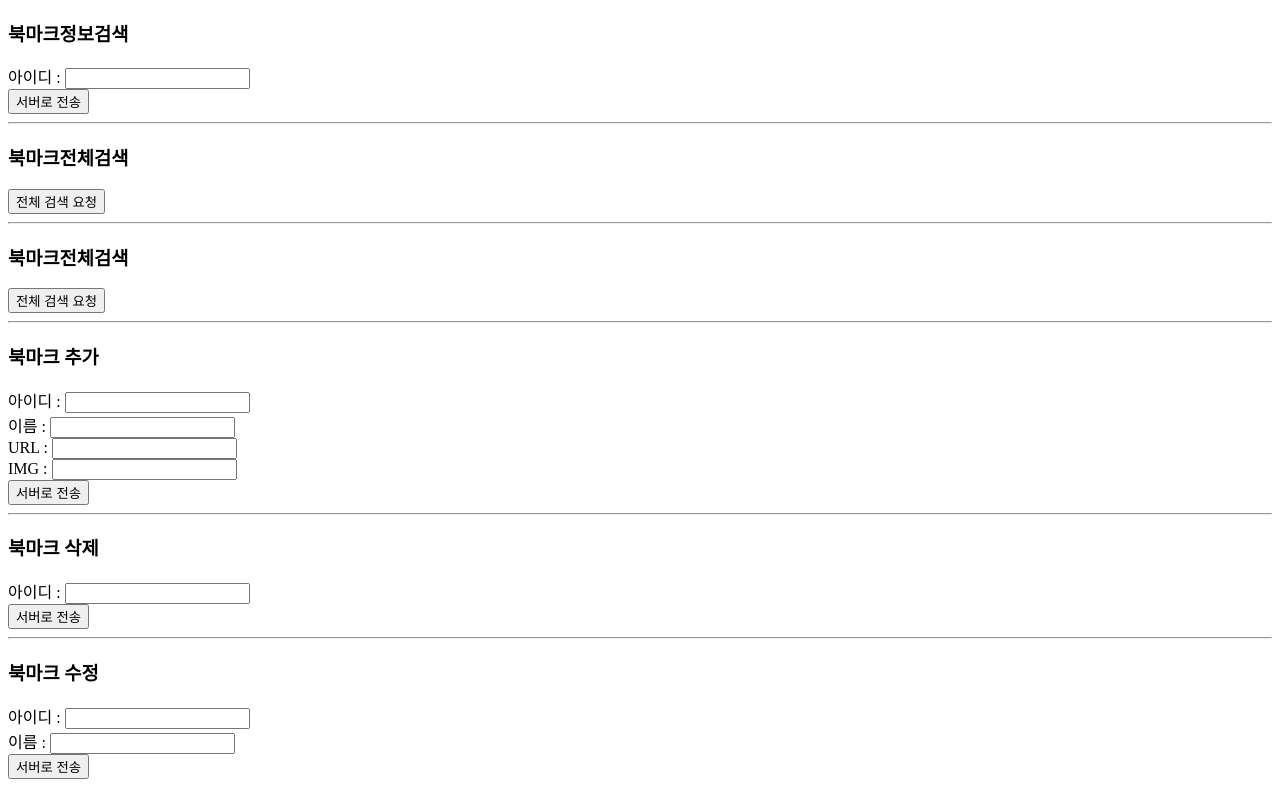
Repository: JayMon0327/Multicampus
Page: http://localhost/spring03/book.jsp
An editor plug-in stored every save of this project. The page is shown before and after the next save, followed by the edit.
The browser window is 1280 px wide. The pictures show the whole page.
The page is served by Tomcat 9. Nobody is signed in. The application's start-up code is not run.

Above is the page before, as saved 2022-12-08 04:21:27.

After the next save:
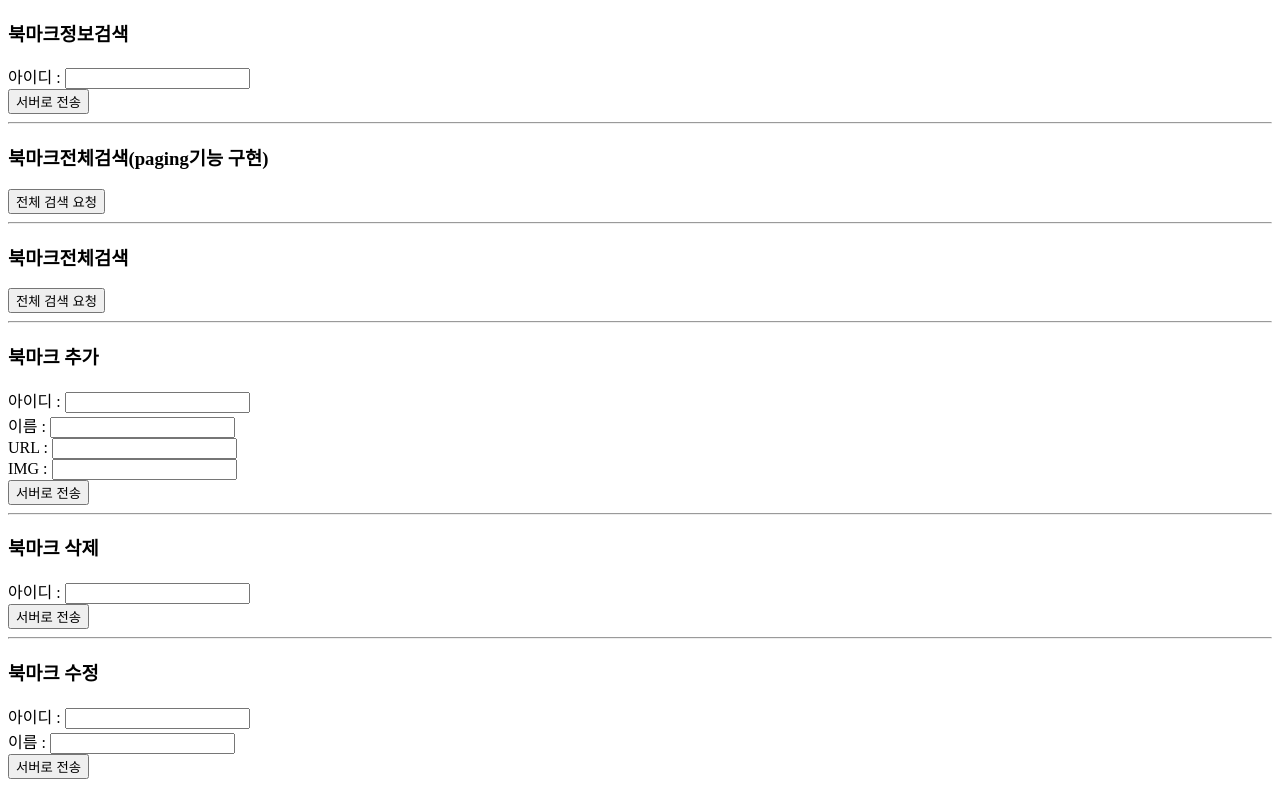
Saved 8 s later.
--- a/spring03/src/main/webapp/book.jsp
+++ b/spring03/src/main/webapp/book.jsp
@@ -16,7 +16,7 @@
 </form>
 <hr>
 
-<h3>북마크전체검색</h3>
+<h3>북마크전체검색(paging기능 구현)</h3>
 <a href="all2">
 	<button>전체 검색 요청</button>
 </a>
